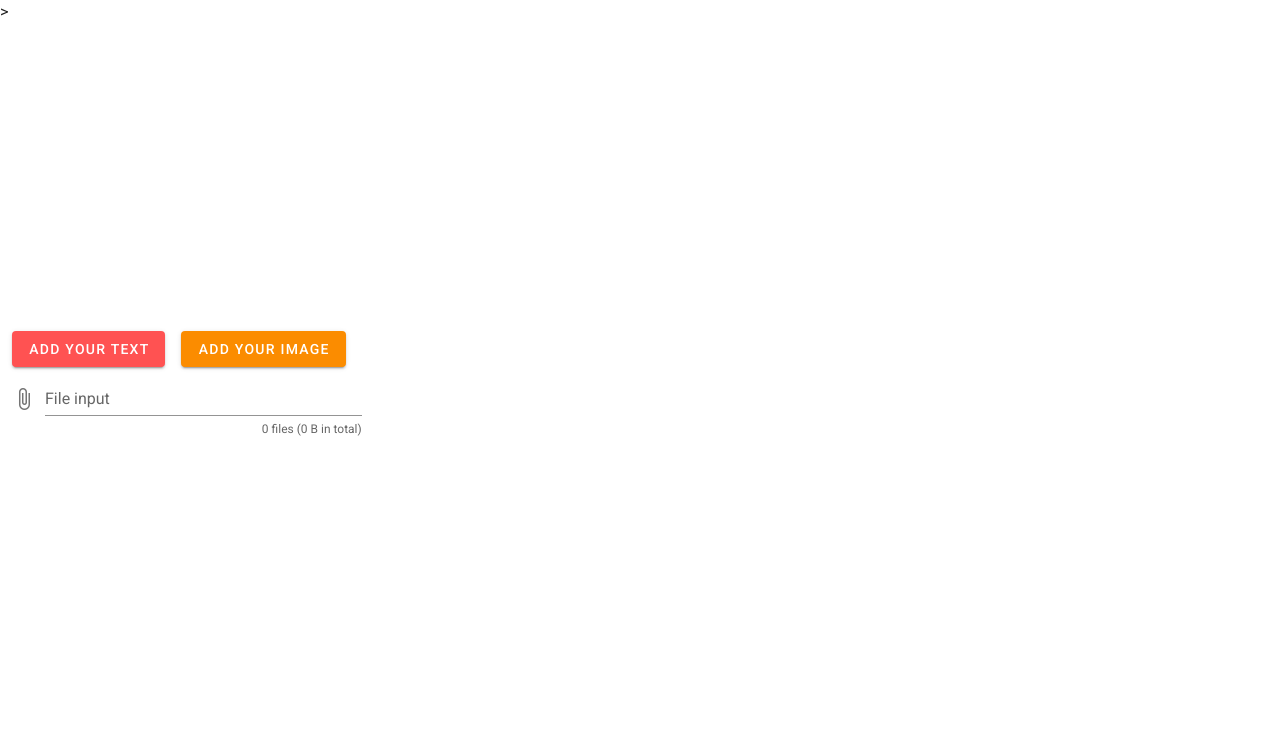
Repository: Hamagistral/BannerApp-Vue
Page: /#/dynamicPage
These files come from the project's save history. The page is drawn as it stood at one moment and after a run of saves; the edit follows.
The browser window is 1280 px wide. The pictures show the whole page.
The project was rebuilt for these pictures with package versions that can differ from the ones it lists, and the page was loaded fresh each time. Also part of the build but not shown: vue.config.js, src/components/WidgetText.vue, src/components/WidgetImage.vue, src/components/Home.vue.

Above is the page before, as saved 2023-02-07 01:29:23.

After the next 3 saves:
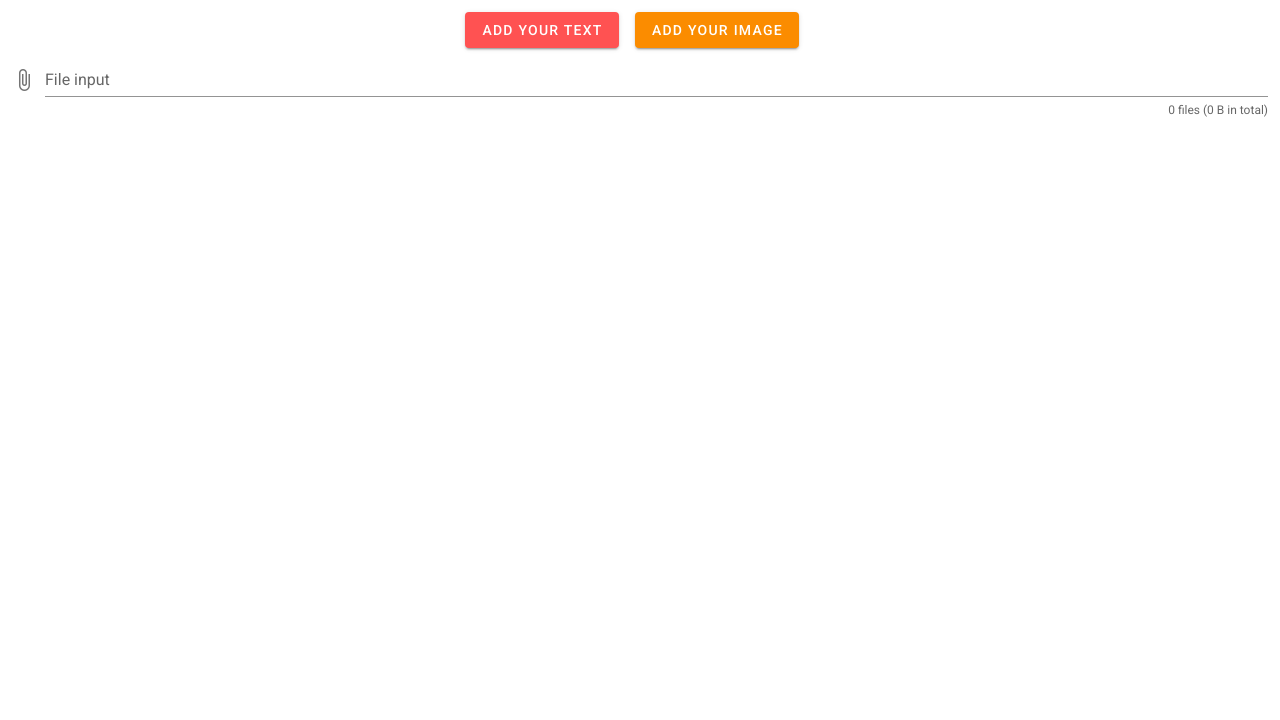
The 3 saves are shown as one change because they came seconds apart.
The last was saved 11 s later.
--- a/src/App.vue
+++ b/src/App.vue
@@ -1,8 +1,8 @@
 <template>
   <v-app>
-    <v-main  fluid>>
-      <v-container fill-height fluid>
-        <router-view align="center" justify="center" fluid>></router-view>
+    <v-main>
+      <v-container fluid>
+        <router-view align="center" justify="center" ></router-view>
       </v-container>
     </v-main>
   </v-app>
